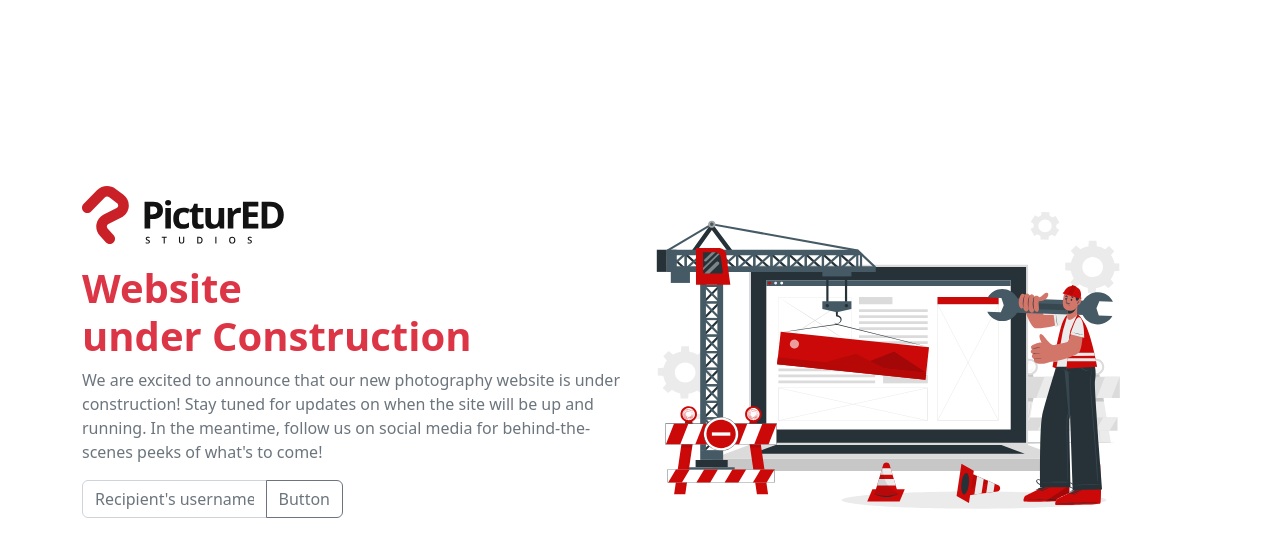
Repository: tHEO2k17/pictured
Page: /
The author's editor kept a copy of each file at every save. The page is drawn from the files as they stood at one save, then again after the next save.
The browser window is 1280 px wide. The pictures show the whole page.
The project was rebuilt for these pictures with package versions that can differ from the ones it lists, and the page was loaded fresh each time.

Above is the page before, as saved 2022-09-14 14:13:20.

After the next save:
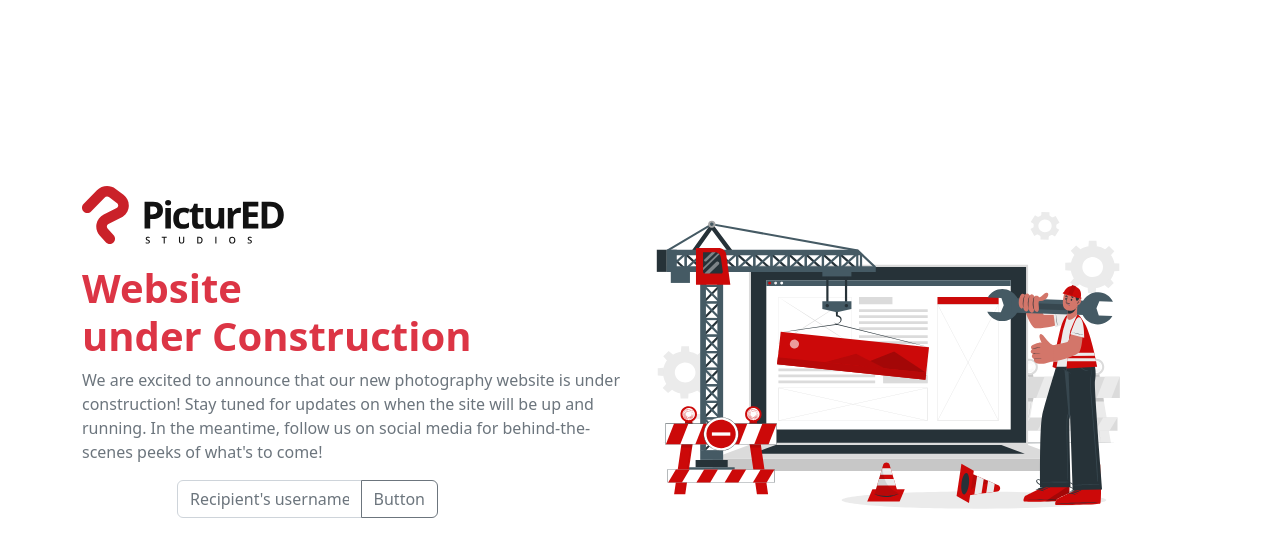
Saved 22 s later.
--- a/src/App.tsx
+++ b/src/App.tsx
@@ -29,7 +29,7 @@ function App() {
           </p>
 
           <Row>
-            <Col md={6}>
+            <Col md={{ span: 6, offset: 2 }}>
               <InputGroup className="mb-3 ">
                 <Form.Control
                   placeholder="Recipient's username"
